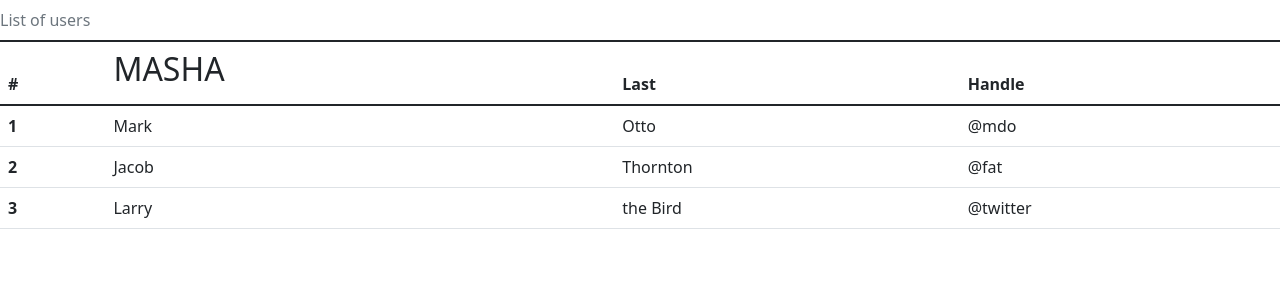
Repository: HeorhiiPotapov/contacts-app
Page: contacts/templates/contacts/list.html
The author's editor kept a copy of each file at every save. The page is drawn from the files as they stood at one save, then again after the next save.
The browser window is 1280 px wide. The pictures show the whole page.
The template is drawn by Django 4.2. The application's start-up code is not run. The template is opened directly, without the code that normally fills it, so the values that code supplies are empty.

Above is the page before, as saved 2021-10-03 18:50:08.

After the next save:
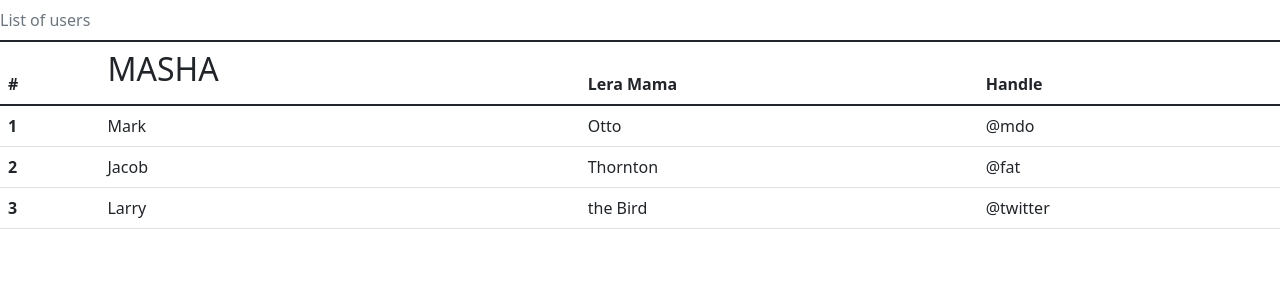
Saved 30 s later.
--- a/contacts/templates/contacts/list.html
+++ b/contacts/templates/contacts/list.html
@@ -8,7 +8,7 @@
     <tr>
       <th scope="col">#</th>
       <th scope="col"><h2>MASHA</h2></th>
-      <th scope="col">Last</th>
+      <th scope="col">Lera Mama</th>
       <th scope="col">Handle</th>
     </tr>
   </thead>
